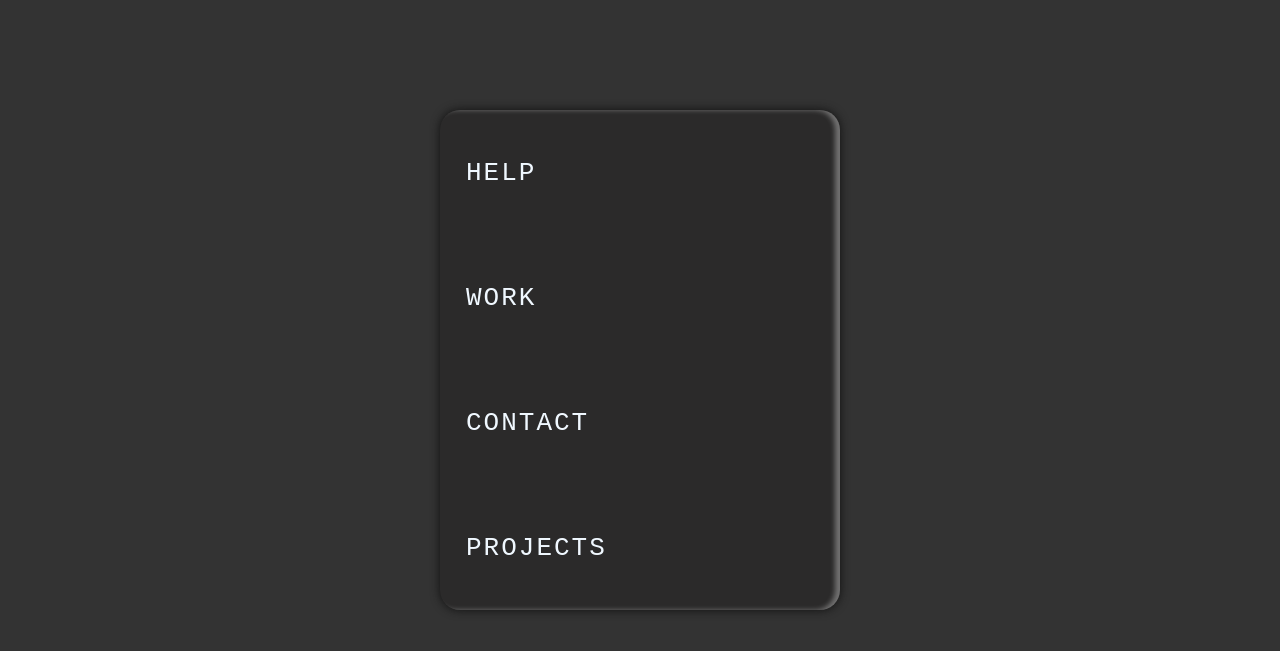
Repository: Rostyk-qq/Projects_Web
Page: menuRanLine/ranLine.html
The author's editor kept a copy of each file at every save. The page is drawn from the files as they stood at one save, then again after the next save.
The browser window is 1280 px wide. The pictures show the whole page.

Above is the page before, as saved 2023-09-30 02:11:57.

### menuRanLine/ranLine.html
<!DOCTYPE html>
<html lang="en">
<head>
    <meta charset="UTF-8">
    <meta name="viewport" content="width=device-width, initial-scale=1.0">
    <link rel="stylesheet" href="./ranLine.css">
    <title>Document</title>
</head>
<body>
    <div class="wrapper">
        <ul class="menu">
            <li data-active-color="red" class="menu__list">
                <a href="" class="menu__link">Help</a>
            </li>
            <li data-active-color="yellow"  class="menu__list">
                <a href="" class="menu__link">Work</a>
            </li>
            <li data-active-color="green"  class="menu__list">
                <a href="" class="menu__link">Contact</a>
            </li>
            <li data-active-color="blue"  class="menu__list">
                <a href="" class="menu__link">Projects</a>
            </li>

            <div class="container__line">
                <div class="line"></div>
            </div>
        </ul>
    </div>
    <script src="./ranLine.js" ></script>
</body>
</html>

### menuRanLine/ranLine.css
*{
    margin: 0;
    padding: 0;
    box-sizing: border-box;
}
body{
    width: 100vw;
    height: 100vh;
    overflow: hidden;
}
.wrapper {
    width: 100%;
    height: 100%;
    display: grid;
    place-items: center;
    background-color: #333;
 }
.menu {
    position: relative;
    padding: 0;
    display: flex;
    flex-direction: column;
    flex-wrap: wrap;
    width: 400px;
    height: 500px;
    border-radius: 20px;
    background-color: #2b2a2a;
    overflow: hidden;
    box-shadow: 0px 0px 10px #111, inset -5px 0px 5px #fff5;
}
.menu__list {
    list-style-type: none;
    width: 100%;
    height: 25%;
    display: flex;
    align-items: center;
}
.menu__link {
    text-transform: uppercase;
    text-decoration: none;
    letter-spacing: 2px;
    color: aliceblue;
    padding-left: 26px;
    font-size: 26px;
    font-family: 'Courier New', Courier, monospace;
}
.container__line {
    position: absolute;
    left: 0;
    top: 0;
    width: 15px;
    height: 100%;
}
.line {
    position: absolute;
    top: 0;
    left: 0;
    background-color: green;
    border-radius: 0px 10px 10px 0px;
}

Loaded but not shown: menuRanLine/ranLine.js (no copy from this time; the picture is the same without it)

After the next save:
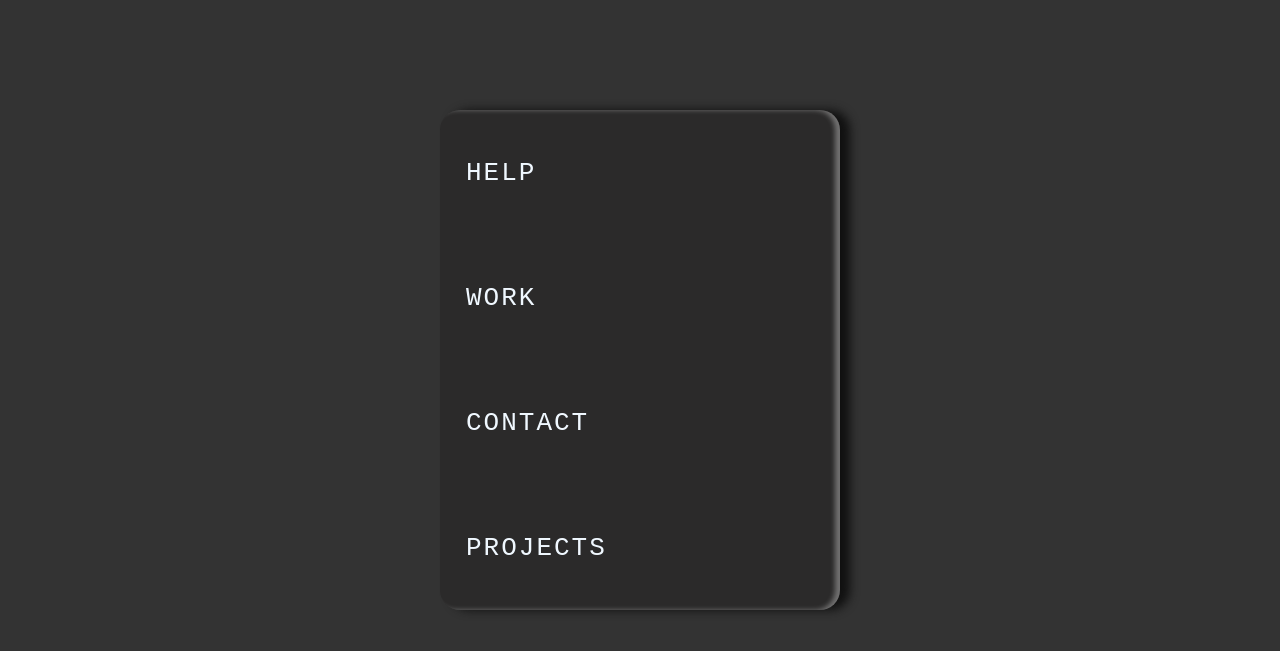
Saved 10 s later.
--- a/menuRanLine/ranLine.css
+++ b/menuRanLine/ranLine.css
@@ -26,7 +26,7 @@ body{
     border-radius: 20px;
     background-color: #2b2a2a;
     overflow: hidden;
-    box-shadow: 0px 0px 10px #111, inset -5px 0px 5px #fff5;
+    box-shadow: 10px 0px 10px #111, inset -5px 0px 5px #fff5;
 }
 .menu__list {
     list-style-type: none;
